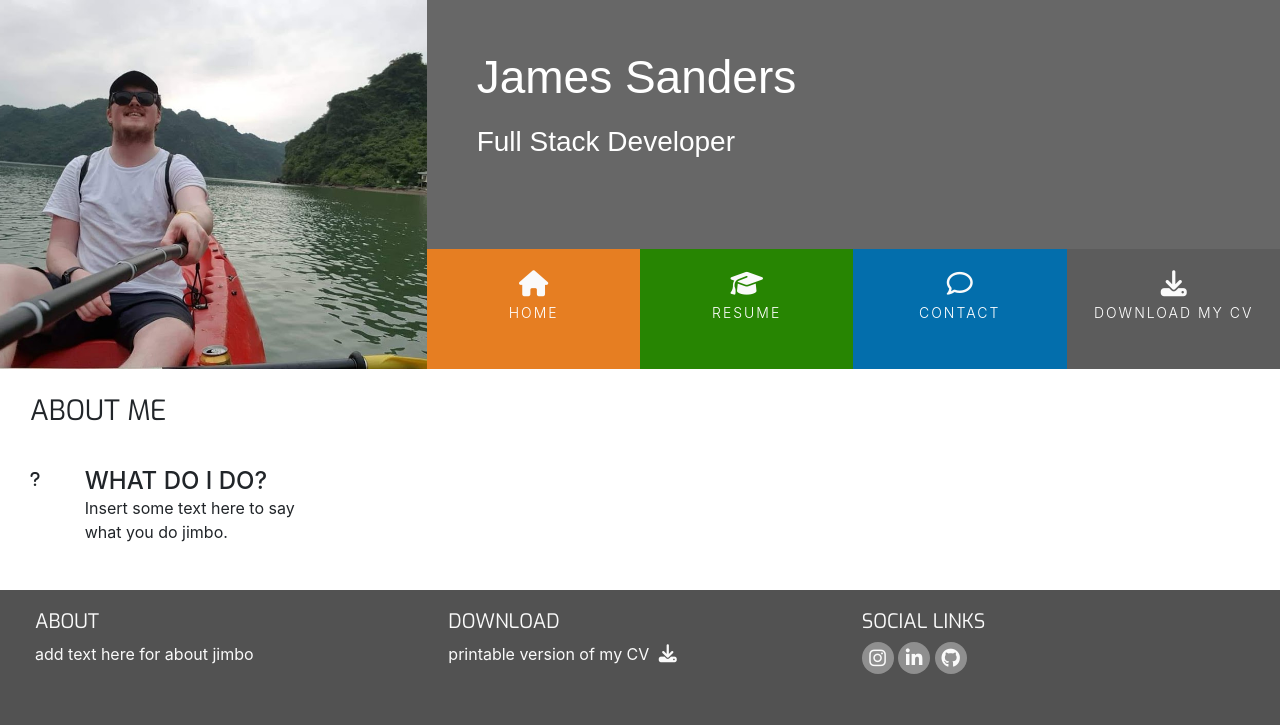
Repository: JaySanders95/my-online-resume
Page: index.html
These files come from the project's save history. The page is drawn as it stood at one moment and after the next save; the edit follows.
The browser window is 1280 px wide. The pictures show the whole page.
Some icons come from a web library that is not loaded, so they are not drawn. Some web fonts or font styles are not loaded; a fallback is used. Some web libraries are served in a nearby version.

Above is the page before, as saved 2023-04-19 20:12:29.

### index.html
<!DOCTYPE html>
<html lang="en">
<head>
    <meta charset="UTF-8">
    <meta http-equiv="X-UA-Compatible" content="IE=edge">
    <meta name="viewport" content="width=device-width, initial-scale=1.0">
    <link rel="stylesheet" href="https://cdn.jsdelivr.net/npm/@fortawesome/fontawesome-free@6.2.1/css/fontawesome.min.css" integrity="sha384-QYIZto+st3yW+o8+5OHfT6S482Zsvz2WfOzpFSXMF9zqeLcFV0/wlZpMtyFcZALm" crossorigin="anonymous">
    <link rel="stylesheet" href="https://cdn.jsdelivr.net/npm/bootstrap@4.6.2/dist/css/bootstrap.min.css" integrity="sha384-xOolHFLEh07PJGoPkLv1IbcEPTNtaed2xpHsD9ESMhqIYd0nLMwNLD69Npy4HI+N" crossorigin="anonymous">
    <link rel="stylesheet" href="assets/css/style.css">
    <link rel="stylesheet" href="https://cdnjs.cloudflare.com/ajax/libs/hover.css/2.3.1/css/hover-min.css" integrity="sha512-csw0Ma4oXCAgd/d4nTcpoEoz4nYvvnk21a8VA2h2dzhPAvjbUIK6V3si7/g/HehwdunqqW18RwCJKpD7rL67Xg==" crossorigin="anonymous" referrerpolicy="no-referrer" />
    <title>James Sanders' Resume</title>
</head>
<body>
    <header>
        <div class="row no-gutters">
            <a href="index.html" class="col-md-4 logo">

            </a>
            <div class="col-md-8">
                <div class="row bg-color-name-title no-gutters">
                    <div class="col heading">
                        <h1 class="name">James Sanders</h1>
                        <h2 class="title">Full Stack Developer</h2>

                    </div>
                </div>
                <div class="row no-gutters">
                    <div class="col">
                        <ul id="nav" class="list-inline menucontainer">
                            <li class="col-6 col-sm-3 ui-menu-color-home list-inline-item menuitem">
                                <a href="#" class="hvr-bounce-to-bottom"><i class="fa fa-home" aria-hidden="true"></i><span>Home</span></a>
                            </li>
                            <li class="col-6 col-sm-3 ui-menu-color-resume list-inline-item menuitem">
                                <a href="#" class="hvr-bounce-to-bottom"><i class="fa fa-graduation-cap" aria-hidden="true"></i><span>Resume</span></a>
                            </li>
                            <li class="col-6 col-sm-3 ui-menu-color-contact list-inline-item menuitem">
                                <a href="#" class="hvr-bounce-to-bottom"><i class="fa fa-comment-o" aria-hidden="true"></i><span>Contact</span></a>
                            </li>
                            <li class="col-6 col-sm-3 ui-menu-color-download list-inline-item menuitem">
                                <a href="#" class="hvr-bounce-to-bottom"><i class="fa fa-download" aria-hidden="true"></i><span>Download my CV</span></a>
                            </li>
                        </ul>
                    </div>
                </div>
            </div>
        </div>
    </header>
    <section class="container-fluid">
        <div class="row row-table">
            <div class="col-md-8 bg-color-three-reasons section-column">
                <div class="row">
                    <div class="col">
                        <h3 class="section-heading uppercase">About Me</h3>
                    </div>
                </div>
                <div class="row">
                    <div class="col-10 offset-1 offset-sm-0 col-sm-4 col-md-6">
                        <div class="row">
                            <div class="col-2">
                                <i class="three-reasons-icon fa fa-question" aria-hidden="true"></i>
                            </div>
                            <div class="col-10">
                                <h4 class="three-reasons-heading uppercase">What do i do?</h4>
                                <p>
                                    Insert some text here to say what you do jimbo.
                                </p>
                            </div>
                        </div>
                    </div>
                </div>
            </div>
        </div>

    </section>
    <footer class="container-fluid">
        <div id="footer-details" class="row">
            <div class="col-sm-4">
                <h5 class="uppercase general-sub">About</h5>
                <p class="inline-block"> add text here for about jimbo</p>
            </div>
            <div class="col-sm-4">
                <h5 class="uppercase general-sub">Download</h5>
                <p class="inline-block"> printable version of my CV</p>
                <a href="#" target="_blank" class="cv-pdf">
                    <i class="fa fa-download" aria-hidden="true"></i>
                    <span class="sr-only">Download link.</span>
                </a>
            </div>
            <div class="col-sm-4">
                <h5 class="uppercase general-sub">Social links</h5>
                <ul class="list-inline social-links">
                    <li class="list-inline-item">
                        <a target="_blank" href="#">
                            <i class="fa fa-instagram"></i>
                            <span class="sr-only">Instagram</span>
                        </a>
                    </li>
                    <li class="list-inline-item">
                        <a target="_blank" href="#">
                            <i class="fa fa-linkedin"></i>
                            <span class="sr-only">LinkedIn</span>
                        </a>
                    </li>
                    <li class="list-inline-item">
                        <a target="_blank" href="#">
                            <i class="fa-brands fa-github"></i>
                            <span class="sr-only">GitHub</span>

                        </a>
                    </li>
                </ul>
            </div>
        </div>

    </footer>
    <script src="https://kit.fontawesome.com/c80cd6a143.js" crossorigin="anonymous"></script>
</body>
</html>

### assets/css/style.css
@import url('https://fonts.googleapis.com/css2?family=Anuphan:100,200,300,400,500,600,700wght@300&family=Exo:100,200,300,400,500,600,700ital,wght@1,300&display=swap');


/* ------- Colours ---------*/

.bg-color-name-title {
    background-color:#676767;
}

.bg-color-three-reasons {
    background-color: #fff;

}

.ui-menu-color-home {
    background-color: #e67e22;
}

.ui-menu-color-resume {
    background-color: #278502;
}

.ui-menu-color-contact {
    background-color: #036eac;
}

.ui-menu-color-download {
    background-color: #5c5c5c;
}

/* ------- Special paddings/margins/text ---------*/

h1,h2,h3,h4 {
    margin: 0;
}

.uppercase {
    text-transform: uppercase;
}

.general-sub {
    font-family: 'Exo', sans-serif;
    font-weight: 300;
    color: #fafafa;
}

.inline-block {
    display: inline-block;
}

.row-table {
    display: table;

}
.section-column {
    display: table-cell;
    padding: 0 30px 30px;
    float: none;
}

.section-heading {
    font-family: 'Exo', sans-serif;
    font-weight: 300;
    margin-top: 25px;
    margin-bottom: 40px;
}

/* ------- Headers ---------*/
header {
    margin: 0;
}

.heading {
    margin-left: 50px;
}

.logo {
    background: url(../images/me.png);
    background-position: center;
    background-repeat: no-repeat;
    background-size: cover;
    min-height: 360px;
    transition: all .5s ease-in-out;
    -moz-transition: all .5s ease-in-out;
    -webkit-transition: all .5s ease-in-out;
}

.name {
    font-family: 'Anuphan', sans-serif;
    font-weight: 100;
    font-size: 46px;
    margin-top: 50px;
    color: #fff;
}

.title {
    font-family: 'Anuphan', sans-serif;
    font-weight: 200;
    font-size: 28px;
    margin-top: 20px;
    margin-bottom: 90px;
    color: #fff;
}

.list-inline-item:not(:last-child) {
    margin: 0;
}

.menucontainer {
    font-size: 0;
}

#nav li {
    font-size: 14px;
    padding: 0;
}

#nav {
    margin: 0;
}

.menuitem {
    height: 120px;
    text-align: center;
    padding: 0;

}

.menuitem a {
    width: 100%;
    text-decoration: none;
    color: #fff;
    height: 120px;
}

.menuitem a i {
    display: block;
    padding-top: 22px;
    color: #fafafa;
    font-size: 26px;
}

.menuitem span {
    display: block;
    width: 100%;
    padding-top: 5px;
    text-align: center;
    text-transform: uppercase;
    font-size: 14px;
    font-weight: 300;
    letter-spacing: 2px;
}

/* ------- Hover.css ---------*/

.hvr-bounce-to-bottom:before {
    background: rgba(0, 0, 0, 0.3) !important;
    height: 120px;

}

/* ------- Footer ---------*/

footer {
    background-color: #525252;
    color: #fafafa;
    min-height: 120px;
}

.cv-pdf i {
    font-size: 18px;
    color: #fafafa;
    text-align: center;
    padding-left: 5px;
    transition: all 0.35s ease-in-out;
    -moz-transition: all 0.35s ease-in-out;
    -webkit-transition: all 0.35s ease-in-out;
    -o-transition: all 0.35s ease-in-out;
}

.cv-pdf i:hover {
    color: #e84610;
}

.social-links {
    padding-bottom: 15px;
}

.social-links li a i {
    width: 32px;
    height: 32px;
    padding: 7px 0;
    border-radius: 50%;
    font-size: 19px;
    text-align: center;
    color: #fafafa;
    background: #8f8f8f;
    transition: all 0.35s ease-in-out;
    -moz-transition: all 0.35s ease-in-out;
    -webkit-transition: all 0.35s ease-in-out;
    -o-transition: all 0.35s ease-in-out;
}

.social-links li a i:hover {
    background-color: #e84610;
}

#footer-details {
    padding: 20px;
}

After the next save:
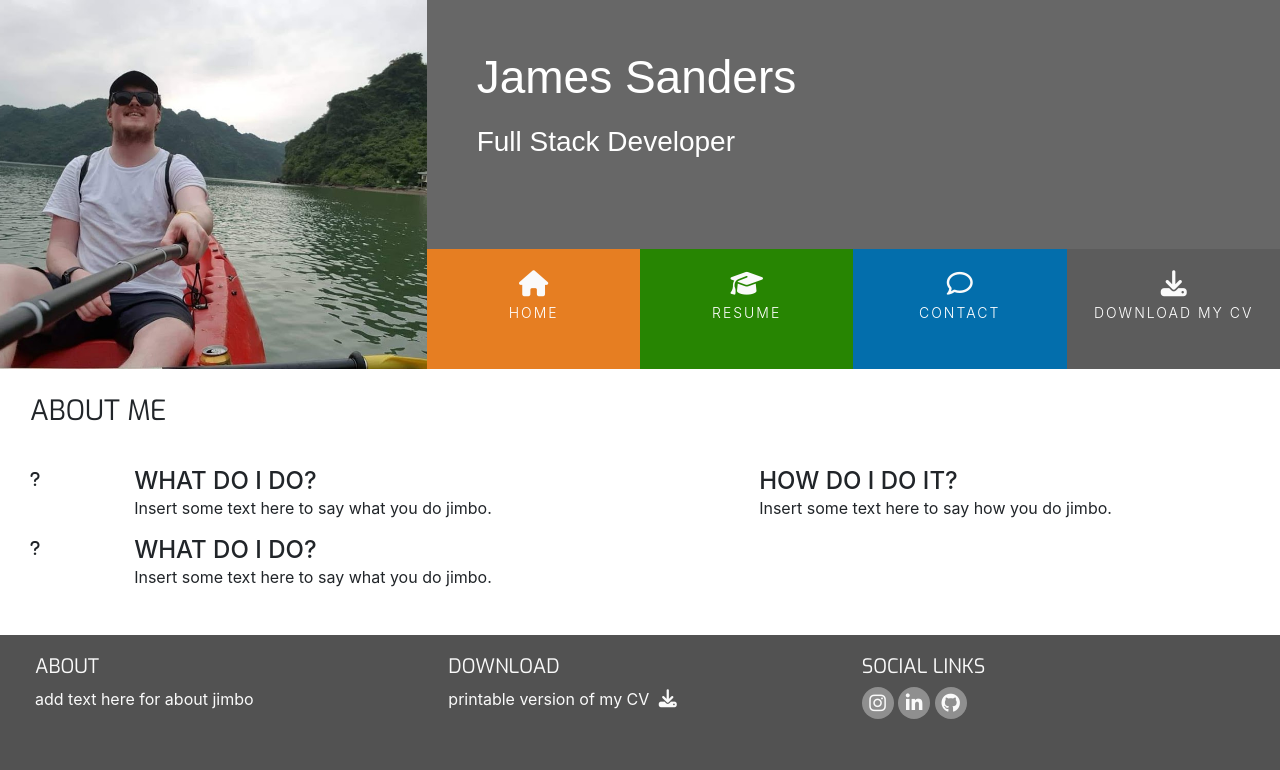
Saved 54 s later.
--- a/index.html
+++ b/index.html
@@ -67,6 +67,32 @@
                             </div>
                         </div>
                     </div>
+                    <div class="col-10 offset-1 offset-sm-0 col-sm-4 col-md-6">
+                        <div class="row">
+                            <div class="col-2">
+                                <i class="three-reasons-icon fa thumbs-up" aria-hidden="true"></i>
+                            </div>
+                            <div class="col-10">
+                                <h4 class="three-reasons-heading uppercase">How do I do it?</h4>
+                                <p>
+                                    Insert some text here to say how you do jimbo.
+                                </p>
+                            </div>
+                        </div>
+                    </div>
+                    <div class="col-10 offset-1 offset-sm-0 col-sm-4 col-md-6">
+                        <div class="row">
+                            <div class="col-2">
+                                <i class="three-reasons-icon fa fa-question" aria-hidden="true"></i>
+                            </div>
+                            <div class="col-10">
+                                <h4 class="three-reasons-heading uppercase">What do i do?</h4>
+                                <p>
+                                    Insert some text here to say what you do jimbo.
+                                </p>
+                            </div>
+                        </div>
+                    </div>
                 </div>
             </div>
         </div>
